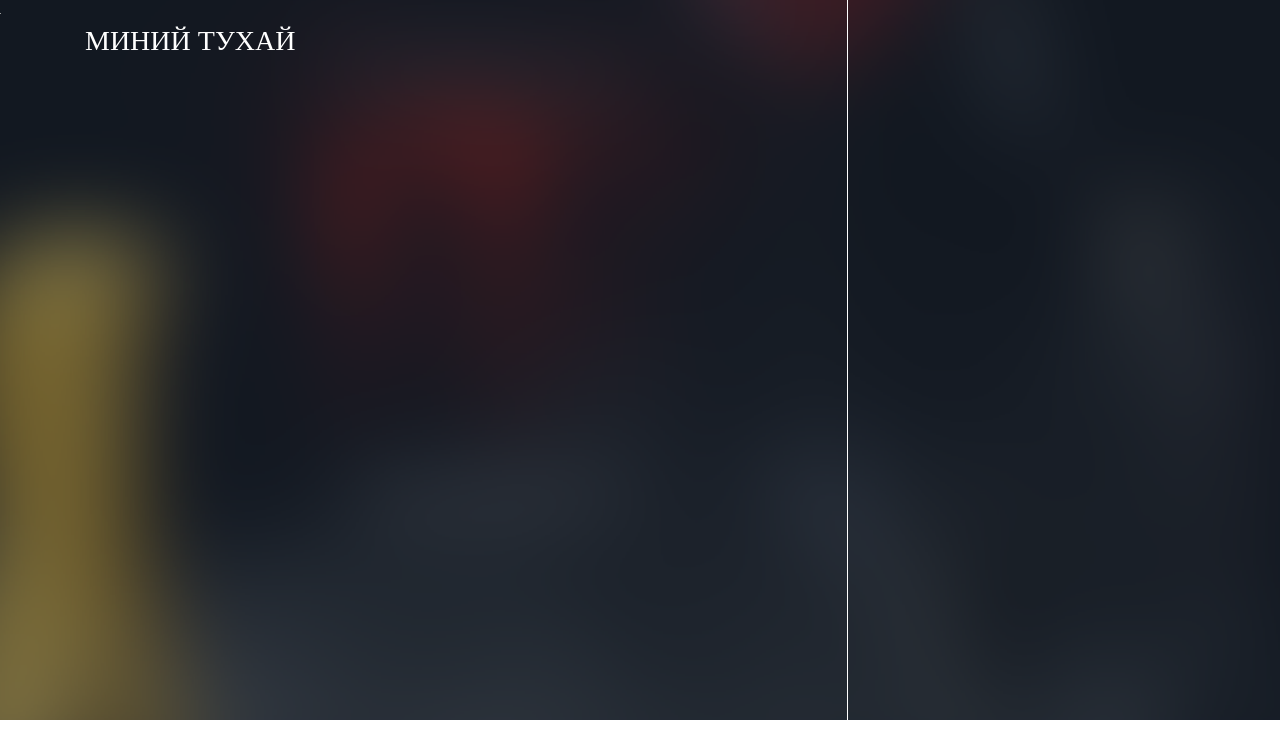
Repository: Yondo202/svProject
Page: /
An editor plug-in stored every save of this project. The page is shown before and after the next save, followed by the edit.
The browser window is 1280 px wide. The pictures show the whole page.
The project was rebuilt for these pictures with package versions that can differ from the ones it lists, and the page was loaded fresh each time. The framework's server and built-in components were replaced by stand-ins that run in the browser. Also part of the build but not shown: next.config.js, style/style.scss.

Above is the page before, as saved 2020-11-18 21:30:58.

After the next save:
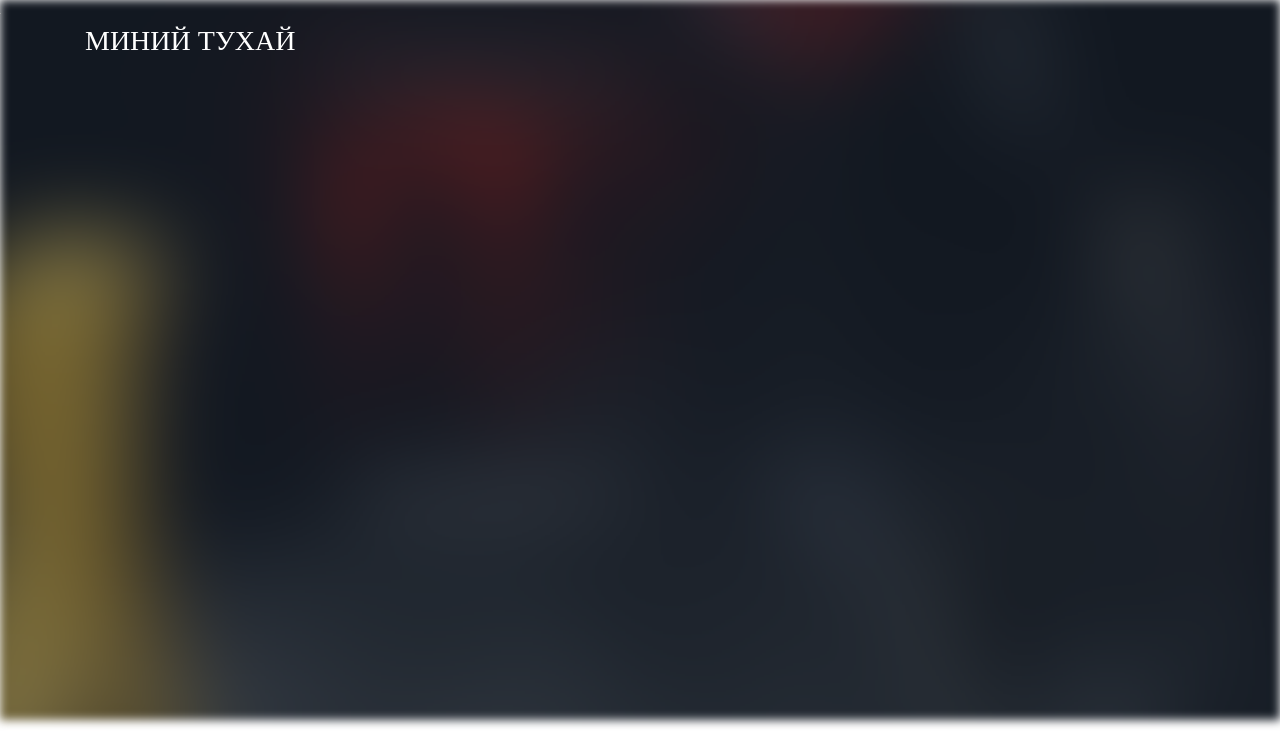
Saved 13 s later.
--- a/components/Top.js
+++ b/components/Top.js
@@ -35,4 +35,5 @@
     position: fixed;
     top:0;
     z-index: -2;
+    filter:blur(5px);
 `

After the save that followed:
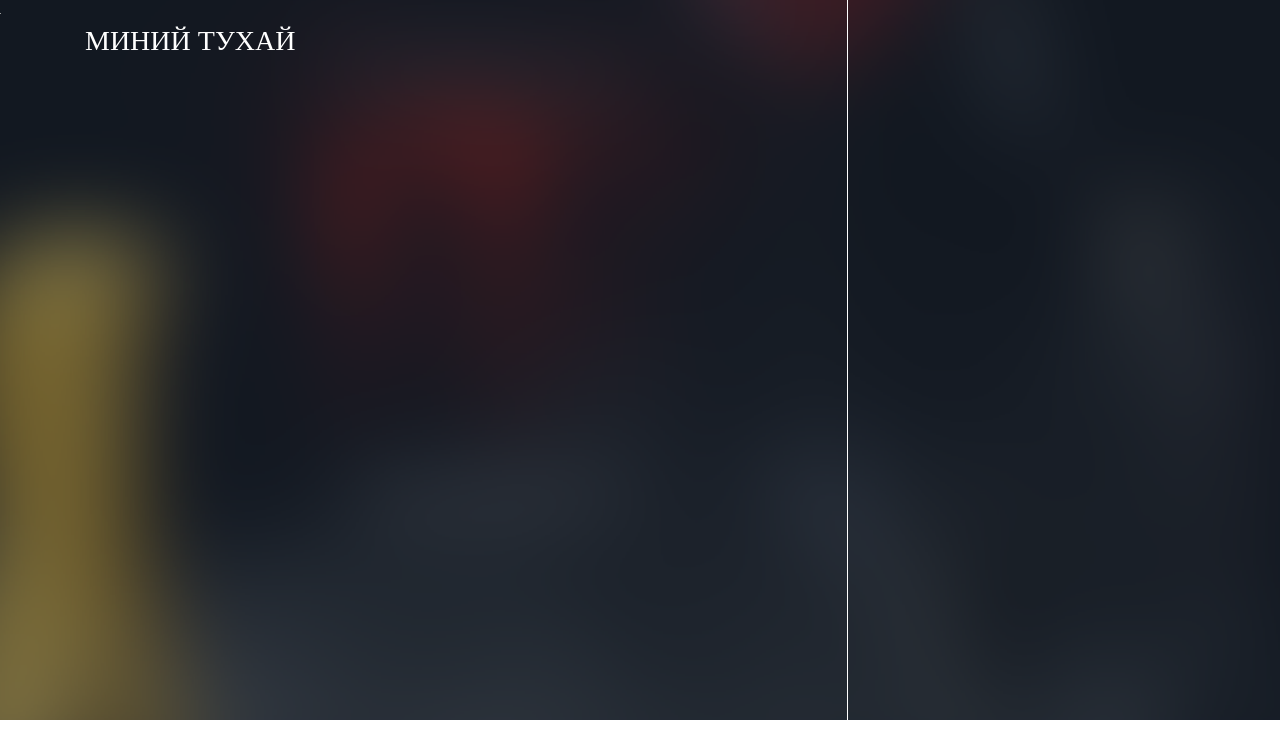
Saved 12 s later.
--- a/components/Top.js
+++ b/components/Top.js
@@ -35,5 +35,5 @@
     position: fixed;
     top:0;
     z-index: -2;
-    filter:blur(5px);
+    filter:blur(5%);
 `
